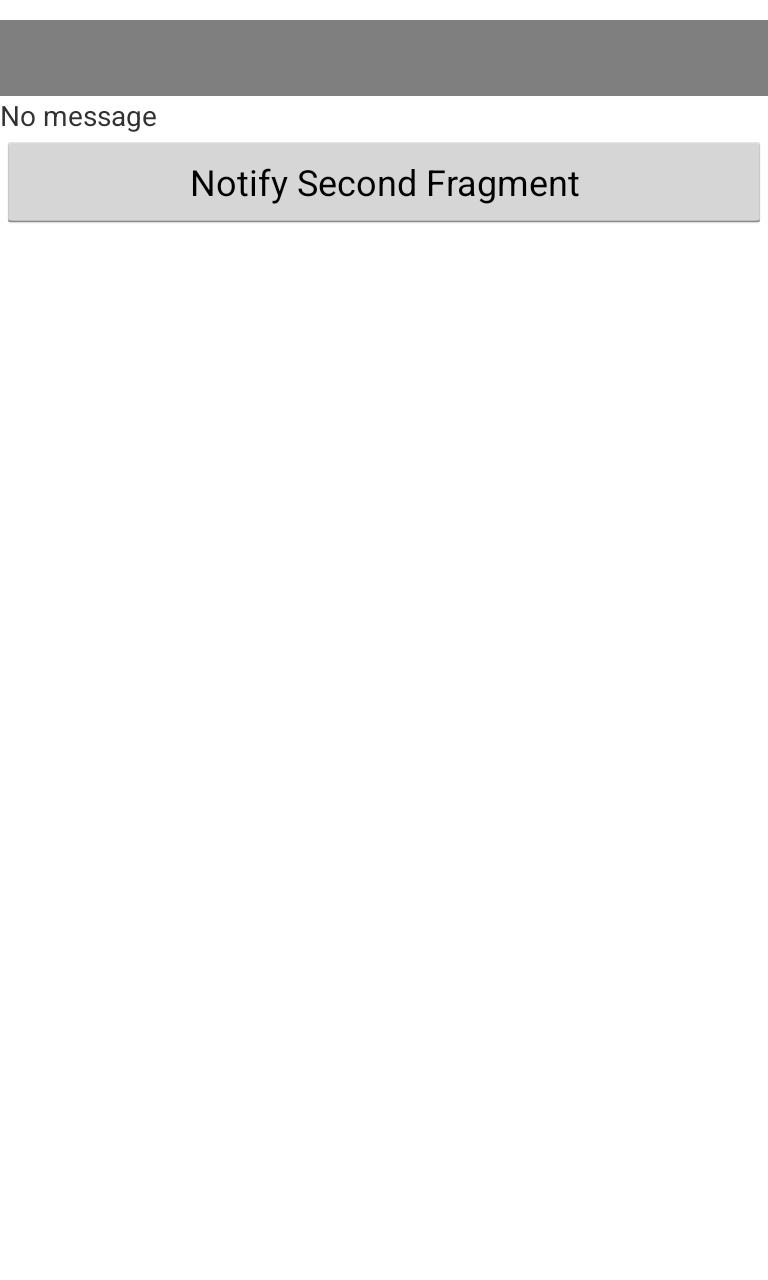
Repository: Liu-D-Henrry/Android
Layout: DemoFragment/res/layout/first_demo.xml
These files come from the project's save history. The layout is drawn as it stood at one moment and after the next save; the edit follows.
Pictures or frames that could not be fetched are drawn as grey boxes. It is drawn on a 768 x 1280 px phone screen (xhdpi) without system bars, with theme AppTheme; the app's code is not run.

Above is the layout before, as saved 2013-08-30 04:13:20.

### DemoFragment/res/layout/first_demo.xml
<?xml version="1.0" encoding="utf-8"?>
<LinearLayout xmlns:android="http://schemas.android.com/apk/res/android"
    android:layout_width="match_parent"
    android:layout_height="match_parent"
    android:layout_marginTop="16dp"
    android:layout_marginBottom="16dp"
    android:layout_marginLeft="16dp"
    android:layout_marginRight="16dp"
    android:orientation="vertical" >

    <fragment
        android:name="com.will.demofragment.FirstFragment"
        android:id="@+id/first_fragment"
        android:layout_marginTop="10dp"
        android:layout_width="match_parent"
        android:layout_height="wrap_content" />

    <fragment
        android:name="com.will.demofragment.SecondFragment"
        android:id="@+id/second_fragment"
        android:layout_width="match_parent"
        android:layout_height="wrap_content" />

    <TextView
        android:id="@+id/show"
        android:layout_width="match_parent"
        android:layout_height="wrap_content"
        android:text="@string/noMessage" />

    <Button
        android:id="@+id/fdButton"
        android:layout_width="match_parent"
        android:layout_height="wrap_content"
        android:text="@string/textFDButton" />

</LinearLayout>

### DemoFragment/res/values/strings.xml
<?xml version="1.0" encoding="utf-8"?>
<resources>

    <string name="app_name">DemoFragment</string>
    <string name="action_settings">Settings</string>
    <string name="hello_world">Hello world!</string>

    <string name="noMessage">No message</string>
    <string name="textFDButton">Notify Second Fragment</string>

    <string name="textFirstFragment">The First Fragment</string>
    <string name="textFFButton1">Notify Activity 1</string>
    <string name="textFFButton2">Notify Activity 2</string>

    <string name="textSecondFragment">The Second Fragment</string>

</resources>

Loaded but not shown: DemoFragment/res/values/styles.xml (common file); DemoFragment/res/values-v11/styles.xml (common file); DemoFragment/res/values-v14/styles.xml (common file)

After the next save:
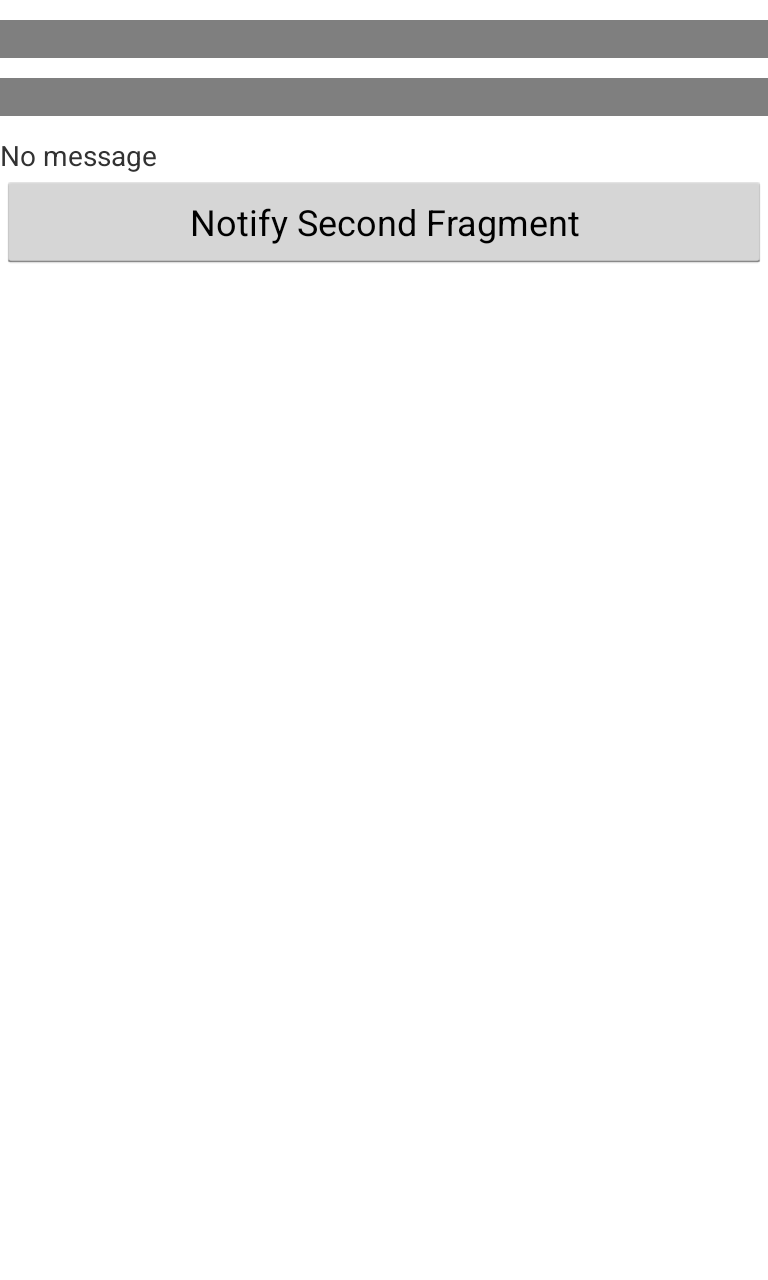
Saved 29 s later.
--- a/DemoFragment/res/layout/first_demo.xml
+++ b/DemoFragment/res/layout/first_demo.xml
@@ -18,11 +18,13 @@
     <fragment
         android:name="com.will.demofragment.SecondFragment"
         android:id="@+id/second_fragment"
+        android:layout_marginTop="10dp"
         android:layout_width="match_parent"
         android:layout_height="wrap_content" />
 
     <TextView
         android:id="@+id/show"
+        android:layout_marginTop="10dp"
         android:layout_width="match_parent"
         android:layout_height="wrap_content"
         android:text="@string/noMessage" />
